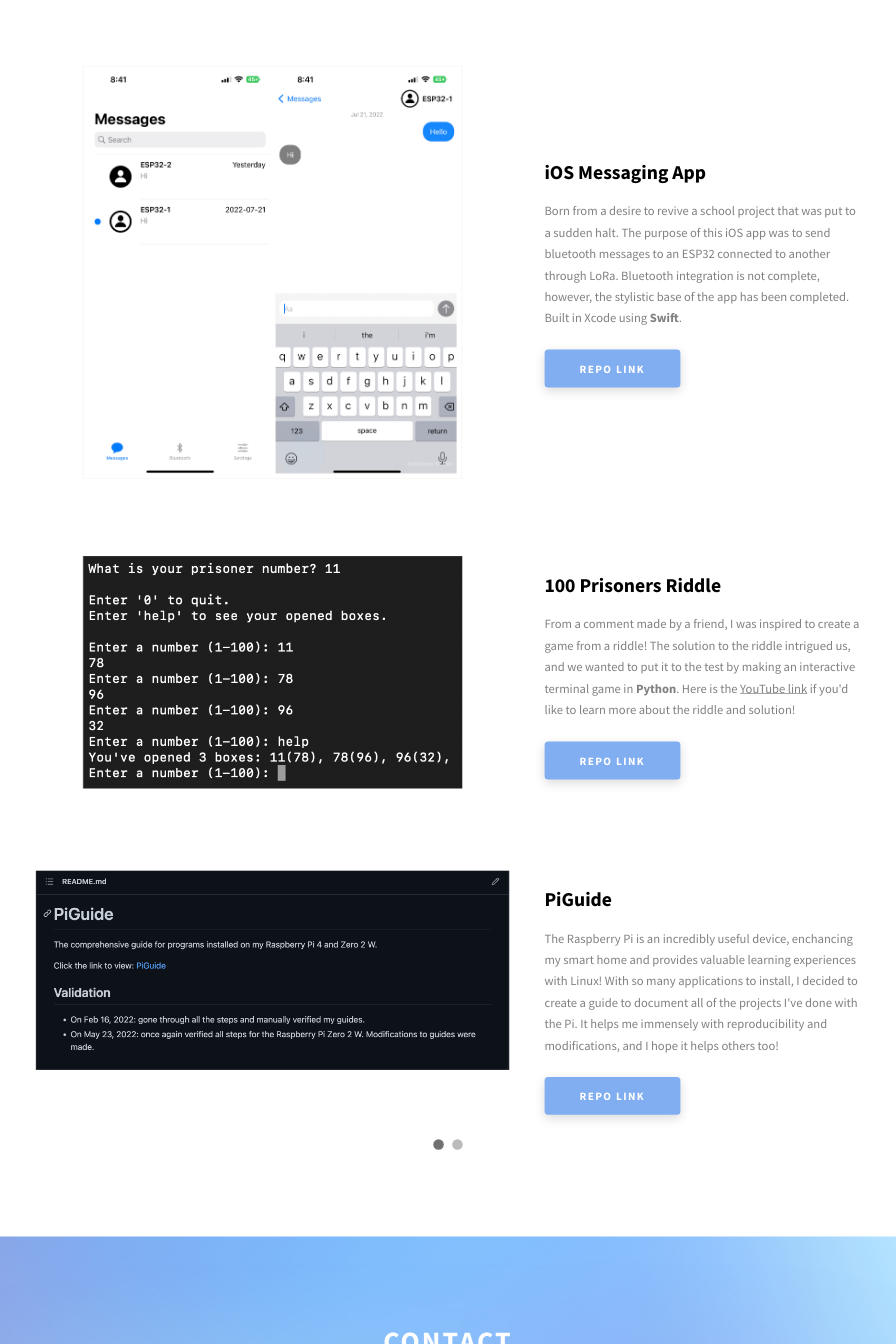
Repository: justinknguyen/Personal-Portfolio
Page: index.html
These files come from the project's save history. The page is drawn as it stood at one moment and after the next save; the edit follows.
The browser window is 1280 px wide. The pictures show the part of the page from y = 2708 to 4628 px (the page is 6147 px tall), at 70% of full size.
The style sheet was rebuilt from its Sass, Less or Tailwind sources for each picture, by a compiler version that may differ from the author's.

Above is the page before, as saved 2022-09-09 21:20:41.

After the next save:
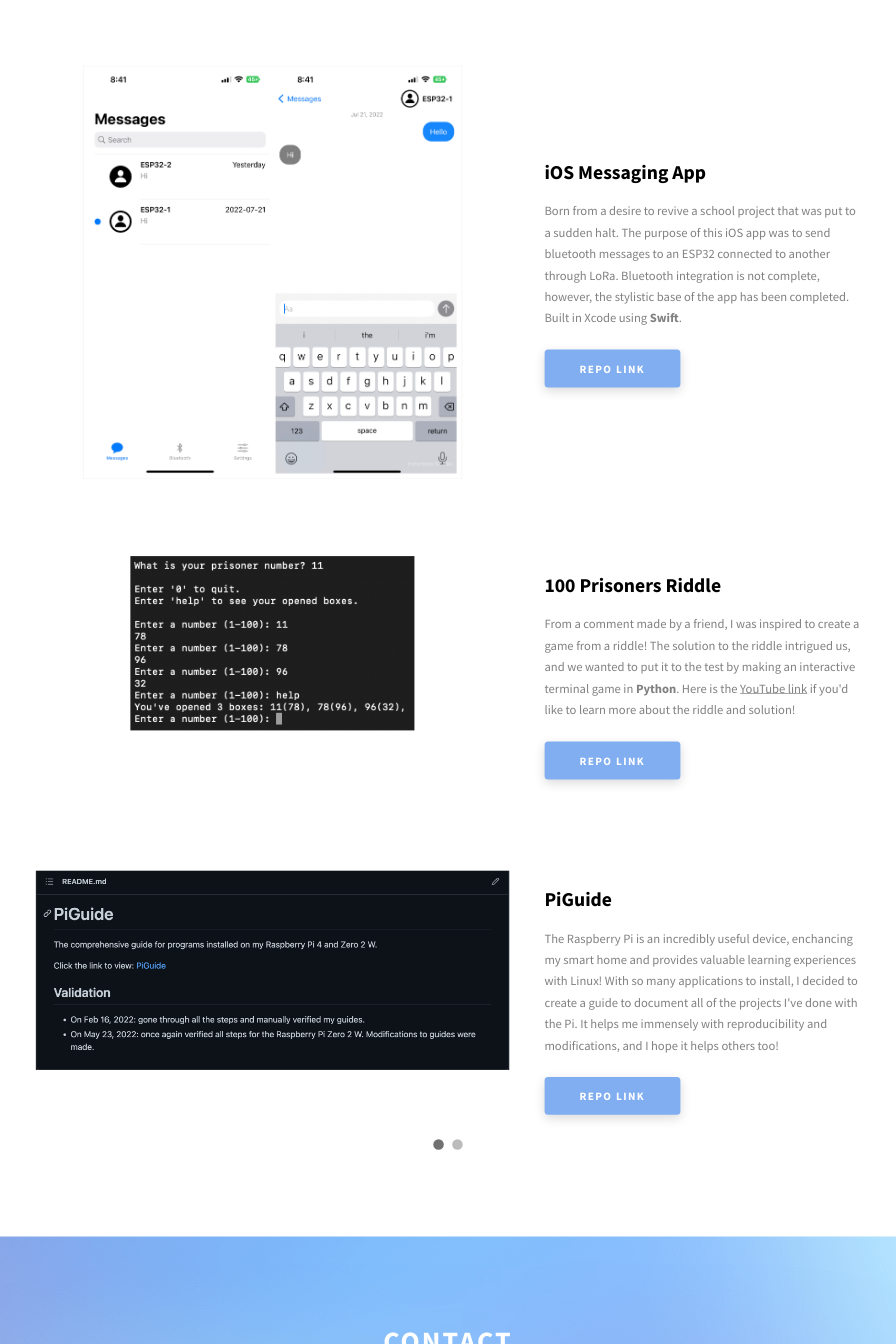
Saved 7 s later.
--- a/index.html
+++ b/index.html
@@ -289,7 +289,7 @@
                     alt="Software Screenshot"
                     class="projects__row-img"
                     loading="lazy"
-                    style="width: 80%; position: relative; left: 50%; transform: translateX(-50%);"
+                    style="width: 60%; position: relative; left: 50%; transform: translateX(-50%);"
                   />
                 </div>
                 <div class="projects__row-content">
